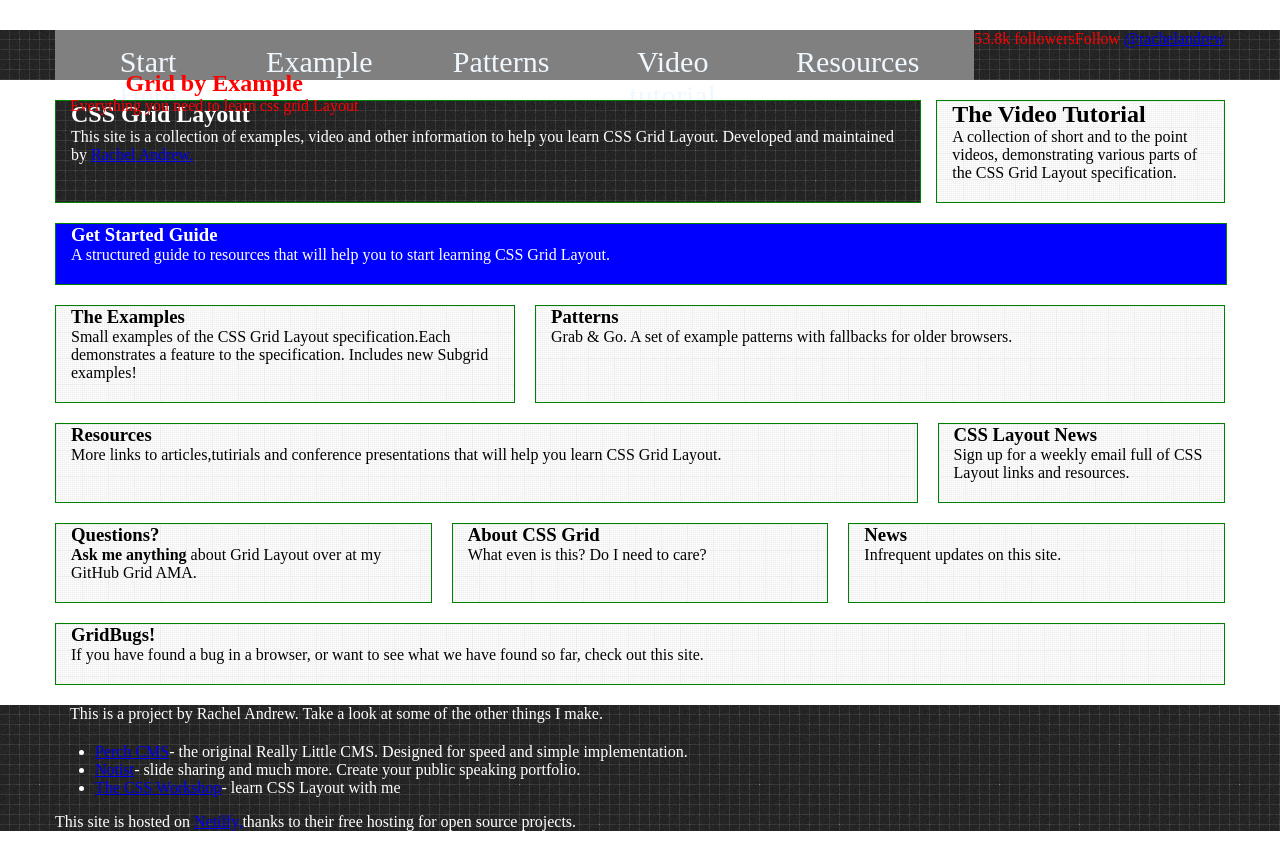
Repository: sitikhusushan/grid
Page: index.html
These files come from the project's save history. The page is drawn as it stood at one moment and after the next save; the edit follows.
The browser window is 1280 px wide. The pictures show the whole page.

Above is the page before, as saved 2020-05-13 18:22:30.

After the next save:
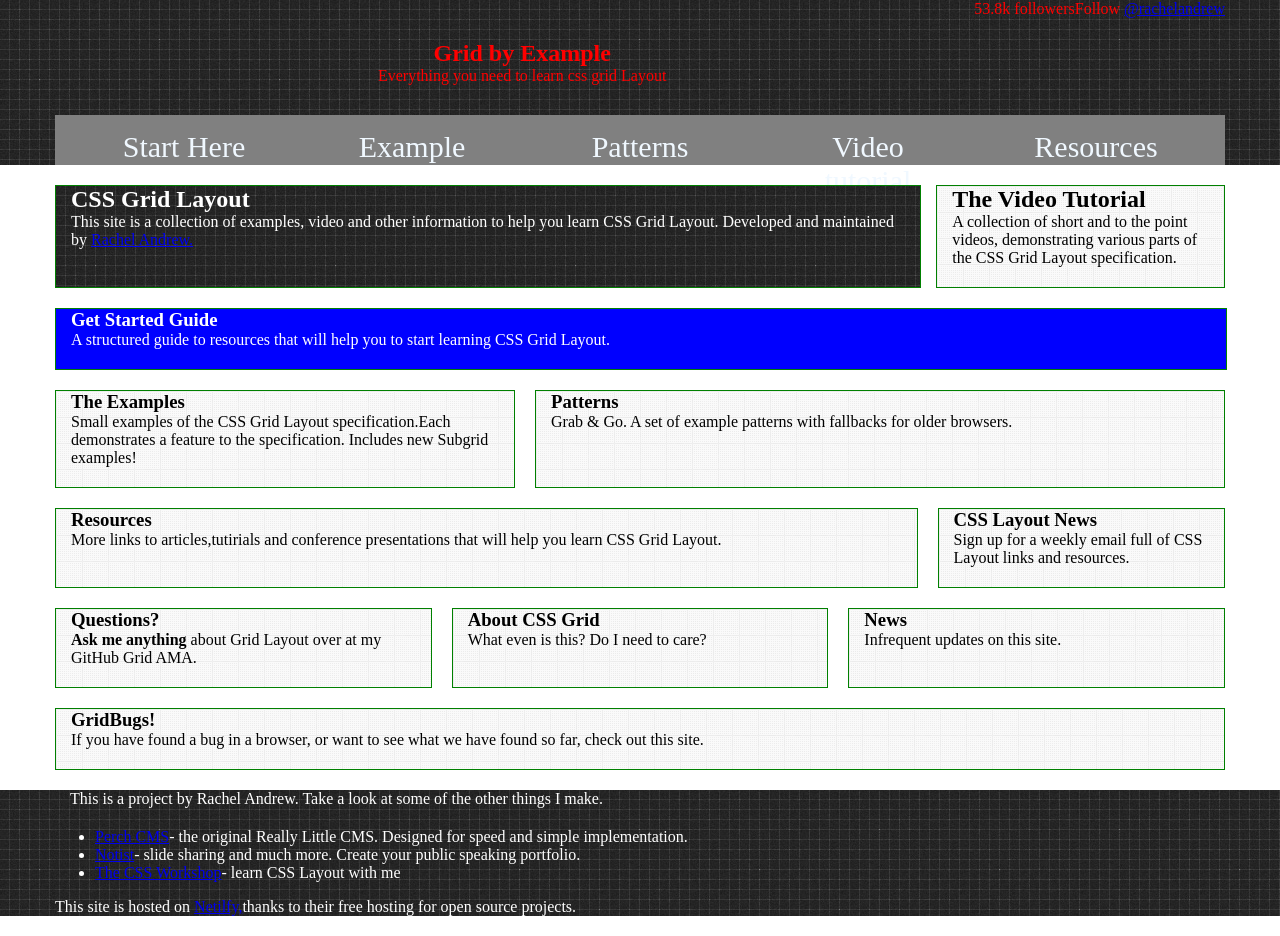
Saved 14 s later.
--- a/style.css
+++ b/style.css
@@ -46,7 +46,7 @@ img {
   color: red;
 }
 .top {
-  position: absolute;
+  position: initial;
   /* top: 50%;
   left: 50%;
   transform: translate(-50%, -50%); */
